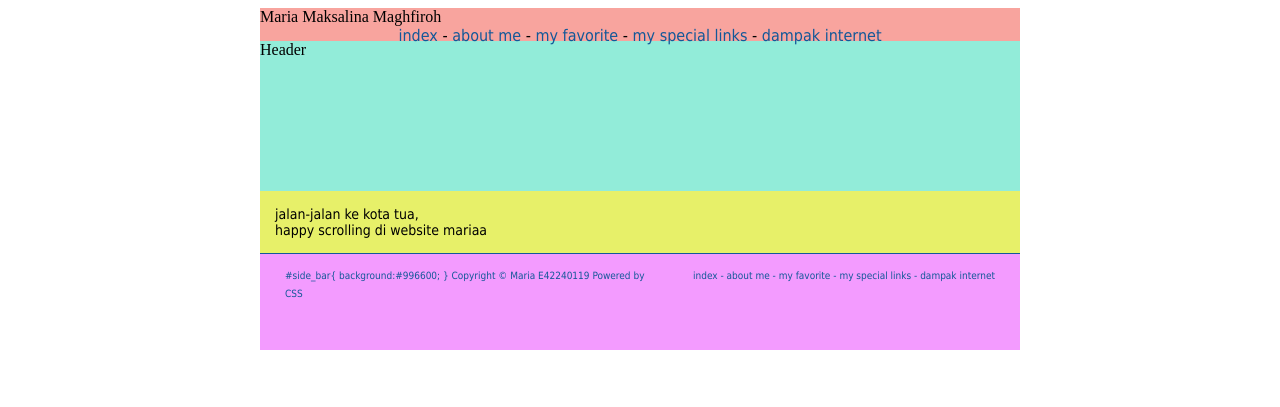
Repository: Bearli-py/latihan_bisdig
Page: index.html
These files come from the project's save history. The page is drawn as it stood at one moment and after the next save; the edit follows.
The browser window is 1280 px wide. The pictures show the whole page.

Above is the page before, as saved 2025-09-09 16:11:03.

### index.html
<!DOCTYPE html>
<html lang="en">
<head>
    <meta charset="UTF-8">
    <meta name="viewport" content="width=device-width, initial-scale=1.0">
    <link rel="stylesheet" href="style.css">
    <title>Judul</title>

</head>
<body>
    <div id="page-container"> Maria Maksalina Maghfiroh
        <div id="main-nav"><a href="index.html">index</a> -
            <a href="about.html">about me</a> -
            <a href="fav.html">my favorite</a> -
            <a href="links.html">my special links</a> -
            <a
            href="dampak.html">dampak
            internet</a></div>
        <div id="header">Header</div>
        <div id="content">jalan-jalan ke kota tua,<br />
            happy scrolling di website mariaa</div>
        <div id="footer"><div id="altnav">
            <a href="index.html">index</a> -
            <a href="about.html">about me</a> -
            <a href="fav.html">my favorite</a> -
            <a href="links.html">my special links</a> -
            <a
            href="dampak.html">dampak
            internet</a>
            </div>
            #side_bar{
background:#996600;
}
            Copyright &copy; Maria E42240119 Powered by CSS</div>
    </div>


</body>
</html>

### style.css
#page-container {
    width: 760px;
    margin: auto;
    background: rgb(248, 164, 158);
    text-align: left;
}
#header {
    background: rgb(146, 236, 217);
    height: 150px;
}
#content {
    background: rgb(231, 240, 105);
}
#footer {
    background: rgb(243, 155, 255);
    height: 66px;
}
#main-nav {
    height: 15px;
    text-align:center;
    font-family: Tahoma, Arial, Helvetica, Sans-serif;
}
#main-nav a{
    color: #135899;
    text-decoration: none;
}
#main-nav a:hover{color: #db6d16;}
#footer {
    height: 70px;
    font-family: Tahoma, Arial, Helvetica, Sans-serif;
    font-size: 10px;
    color: #135899;
    border-top: 1px solid #135899;
    padding: 13px 25px;
    line-height: 18px;
}
#footer a {
    color: #135899;
    text-decoration: none;
}
#footer a:hover {
    color: #db6d16;
}
#footer #altnav {
    width: 350px;
    float: right;
    text-align: right;
}
#content {
    font-family:Tahoma, arial, helvetica, sans-serif;
    font-size:14px;
    padding: 15px 15px;}

After the next save:
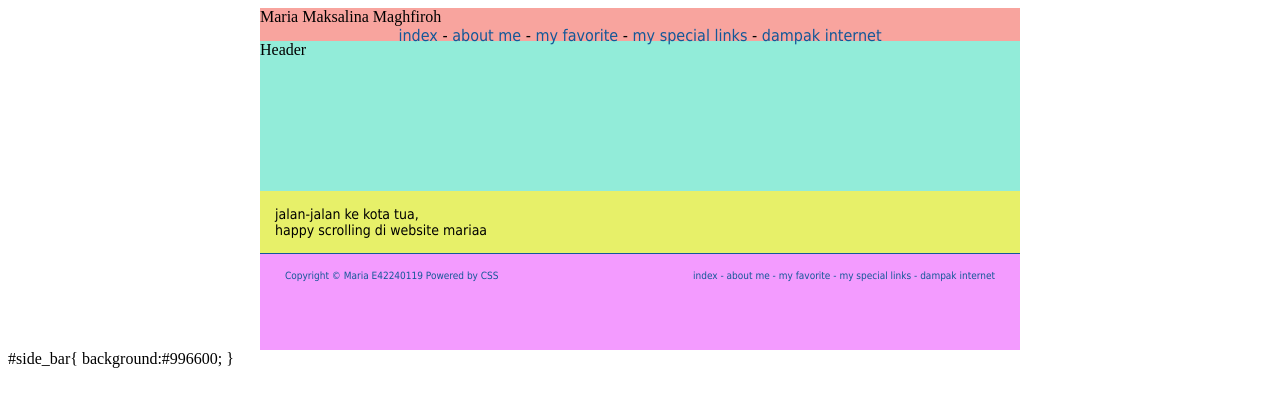
Saved 20 s later.
--- a/index.html
+++ b/index.html
@@ -28,12 +28,11 @@
             href="dampak.html">dampak
             internet</a>
             </div>
-            #side_bar{
+            Copyright &copy; Maria E42240119 Powered by CSS</div>
+    </div>
+#side_bar{
 background:#996600;
 }
-            Copyright &copy; Maria E42240119 Powered by CSS</div>
-    </div>
-
 
 </body>
 </html>
